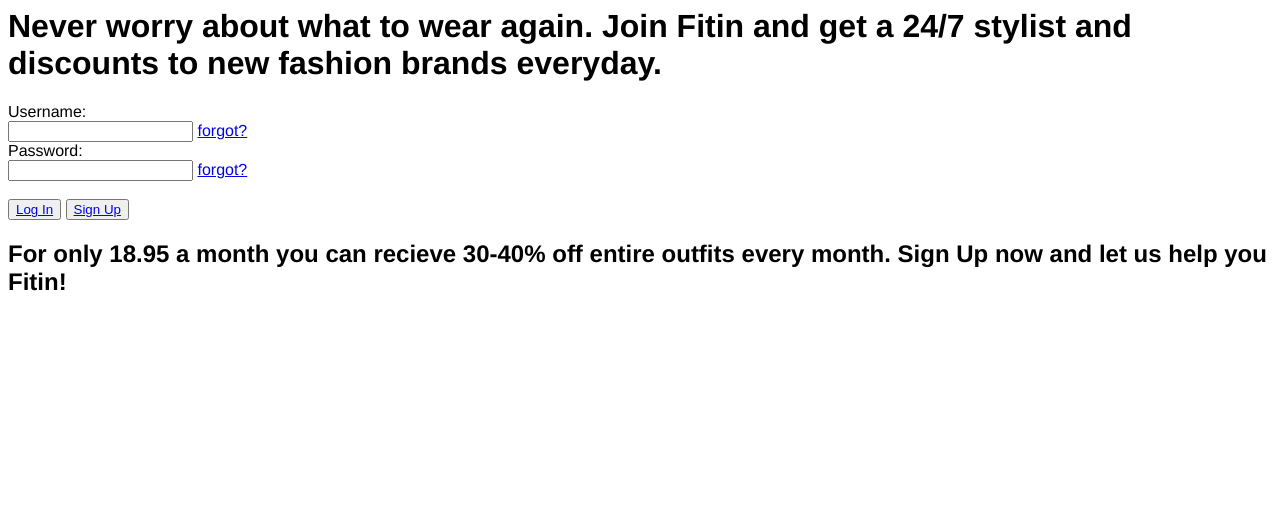
Repository: kesquili/kesquili.github.io
Page: fitin/login.html
The author's editor kept a record of every edit. The page is drawn from the files as they stood at one moment, then again after the next edit.
The browser window is 1280 px wide. The pictures show the whole page.

Above is the page before.

### fitin/login.html
 <html>
  <head>
  <title>Fitin: A Men's Styling Brand</title>
  <link rel="stylesheet" href="styles.css">
  </head>
<body>
   <div class="welcome">
       <h1>Never worry about what to wear again. Join Fitin and get a 24/7 stylist and discounts to new fashion brands everyday. </h1>
   </div>

     <div>
         <form action="action_page.php">
            Username:<br>
            <input type="text" name="usename"> <a href="#"> forgot? </a>
            <br>
            Password:<br>
            <input type="text" name="password"> <a href="#"> forgot? </a>
            <br><br>
            <button type="login"><a href="styling.html">Log In</a></button>
            <button type="signup"><a href="signup.html">Sign Up</a></button> <br>
            </form>
     </div>
        <div class="closer">
       <h2> For only 18.95 a month you can recieve 30-40% off entire outfits every month. Sign Up now and let us help you Fitin!</h2>
       </div>
</body>

### fitin/styles.css
body {
font: 14px;
font-family: Helvetica, sans-serif;
}

.results h4{
    border: 5px;
    border-color: black;
    border-style: solid;
    margin:30px;
    width: 200px;
    height: 300px;
    float: left;
}

.breakdown h4{
    border: 5px;
    border-color: black;
    border-style: solid;
    margin:30px;
    width: 100px;
    height: 200px;
    float: left;
    position: relative;
}

.sideimage {
    border: 10px solid black;
    width: 300px;
    height: 450px;
    float: left;
    margin-right: 12px;
}
.signup{
    margin-left: 20px;
    float: left;

}
.sell{
    max-width: 500px;
    display: inline;
    position: relative;
}
h6{
    font-size: 12px;
    font-family: Helvetica, sans-serif;
    padding: 0;
    display: inline;
    text-align: right;
}
nav{
    text-align: center;
    position: relative;
}
ul {
    list-style: none;
    padding: 0px;
    margin: 0px;
}

ul li {
    display: block;
    position: relative;
    float: left;
    border: 1px solid #000
}

li ul {
    display: none;
}

ul li a {
    display: block;
    background: #000;
    padding: 5px 10px 5px 10px;
    text-decoration: none;
    white-space: nowrap;color: #fff;
}

ul li a:hover {
    background: gray;
}

li:hover ul {
    display: block;
    position: absolute;
}

li:hover li {
    float: none;
}

li:hover a {
    background: gray;
}

li:hover li a:hover {
    background: #000;
}

nav li ul li {
      border-top: 0px;
  }

After the next edit:
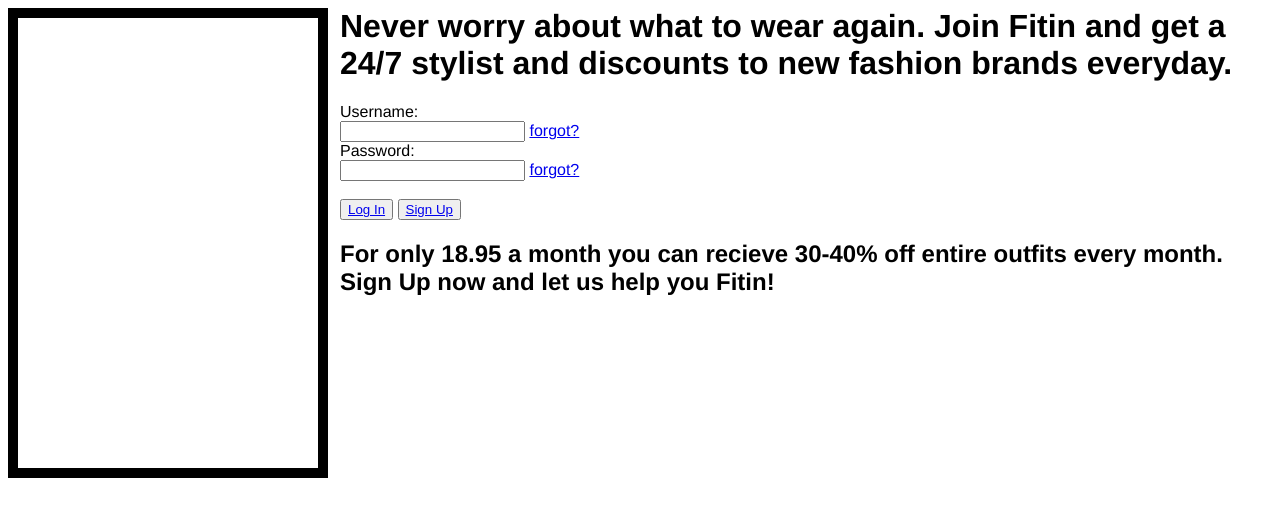
The edit:
--- a/fitin/login.html
+++ b/fitin/login.html
@@ -4,7 +4,9 @@
   <link rel="stylesheet" href="styles.css">
   </head>
 <body>
-   <div class="welcome">
+    <div class="sideimage">
+    </div>
+    <div class="welcome">
        <h1>Never worry about what to wear again. Join Fitin and get a 24/7 stylist and discounts to new fashion brands everyday. </h1>
    </div>
 
